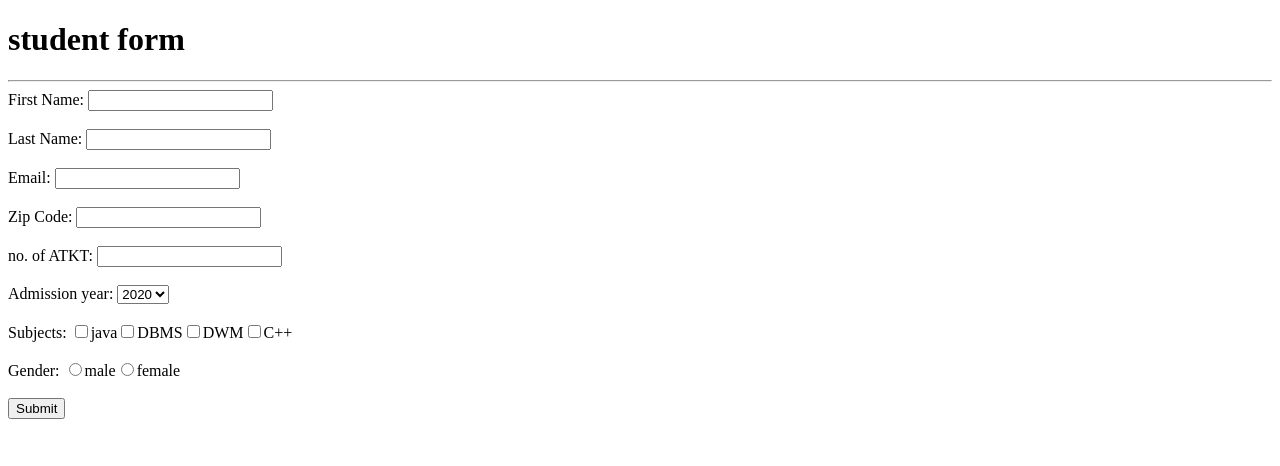
Repository: prathikpk/Springmvc
Page: http://localhost/springMvcDemo/student/showStudentForm
These files come from the project's save history. The page is drawn as it stood at one moment and after the next save; the edit follows.
The browser window is 1280 px wide. The pictures show the whole page.
The page is served by Tomcat 9. Other server files are loaded and not shown. The template is opened directly, without the code that normally fills it, so the values that code supplies are empty.

Above is the page before, as saved 2022-10-03 10:11:55.

### springMvcDemo/WebContent/WEB-INF/view/student-form.jsp
<%@ page language="java" contentType="text/html; charset=ISO-8859-1"
	pageEncoding="ISO-8859-1"%>
<%@ taglib prefix="form" uri="http://www.springframework.org/tags/form"%>
<%@ taglib uri="http://java.sun.com/jsp/jstl/core" prefix="c"%>
<!DOCTYPE html>
<html>
<head>
<meta charset="ISO-8859-1">
<title>Insert title here</title>
</head>
<body>
	<h1>student form</h1><hr>

	<form:form action="processStudentForm" modelAttribute="theStudent">

		First Name: <form:input path="firstName" />
		<br>
		<br>

		Last Name: <form:input path="lastName" />
		<form:errors path="lastName"></form:errors>
		<br>
		<br>
		Email: <form:input path="email" />
		<br>
		<br>
		Zip Code: <form:input path="zipCode" />
		<form:errors path="zipCode"></form:errors>
		<br>
		<br>
		no. of ATKT: <form:input path="atkt" />
		<br>
		<br>
		Admission year:
		<form:select path="year">
			<form:options items="${theStudent.yearOption}" />
		</form:select>
		<br>
		<br>
		Subjects:
		<form:checkboxes items="${theStudent.subjects}"
			path="selectedSubjects" />
		<br>
		<br>
	    Gender:
		<form:radiobuttons items="${theStudent.genders}" path="selectedGender" />
		<br><br>
		<input type="submit" value="Submit">


	</form:form>
</body>
</html>

After the next save:
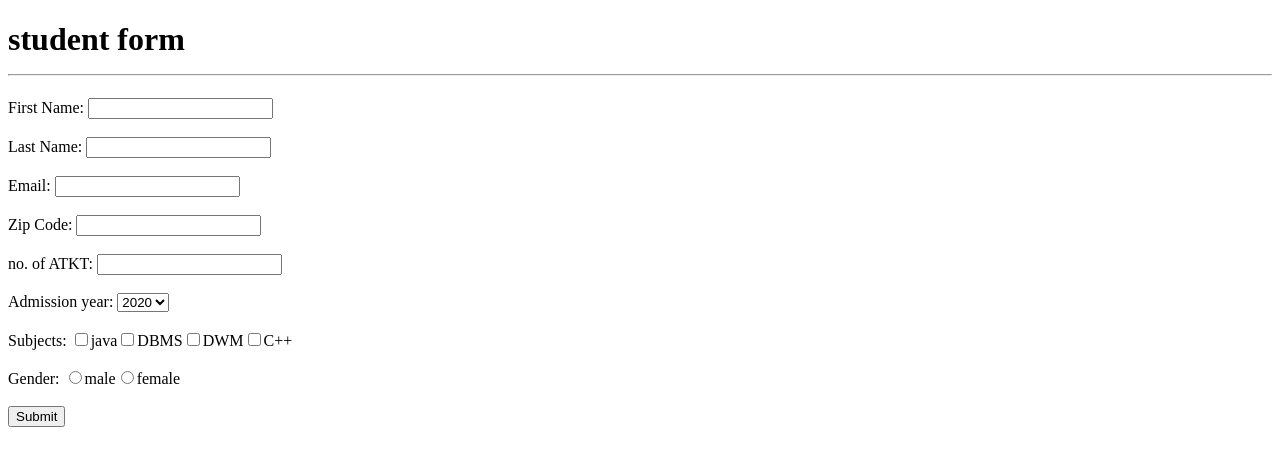
Saved 22 s later.
--- a/springMvcDemo/WebContent/WEB-INF/view/student-form.jsp
+++ b/springMvcDemo/WebContent/WEB-INF/view/student-form.jsp
@@ -9,7 +9,7 @@
 <title>Insert title here</title>
 </head>
 <body>
-	<h1>student form</h1><hr>
+	<h1>student form<hr></h1>
 
 	<form:form action="processStudentForm" modelAttribute="theStudent">
 
